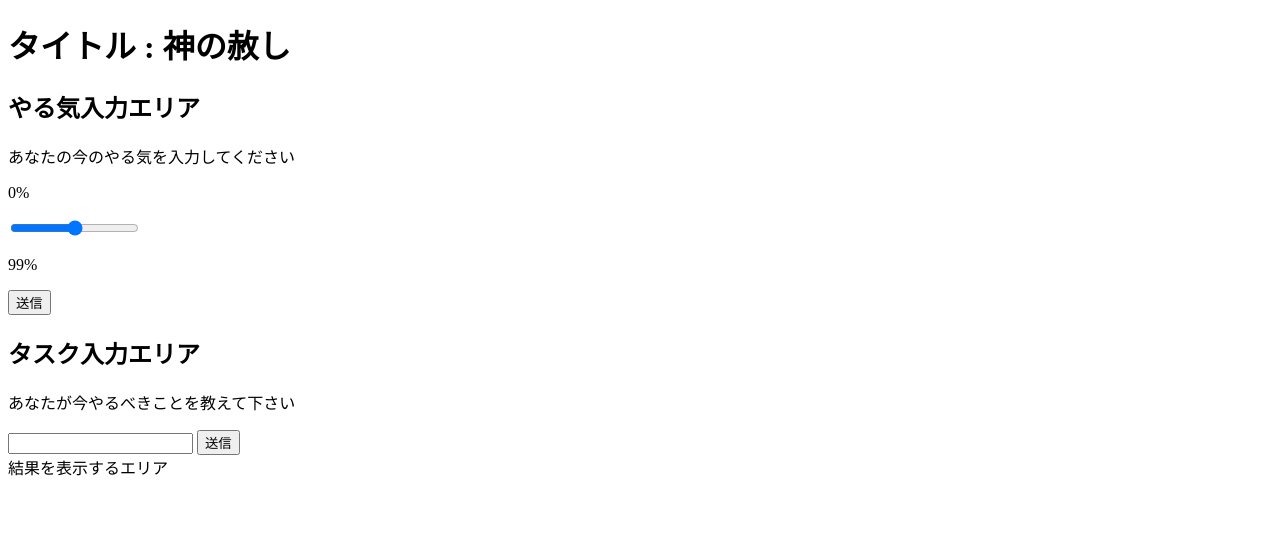
Repository: masa0306/god_forgiveness
Page: index.html
These files come from the project's save history. The page is drawn as it stood at one moment and after a run of saves; the edit follows.
The browser window is 1280 px wide. The pictures show the whole page.

Above is the page before, as saved 2024-05-14 23:14:20.

### index.html
<!DOCTYPE html>
<html lang="en">
<head>
    <meta charset="UTF-8">
    <meta name="viewport" content="width=device-width, initial-scale=1.0">
    <title>Document</title>
</head>
<body>
<!-- タイトルトップ -->
<!-- 神の許しを請うボタンを設置し、それを押すと始まるイメージ -->
    <div><h1>タイトル : 神の赦し</h1></div>
    <!-- やる気を入力するエリア -->
    <div>
        <h2>やる気入力エリア</h2>
        <p>あなたの今のやる気を入力してください</p>
        <p>0%</p>
        <input type="range" name="motivation" min="0" max="99" id="motivationValue">
        <p>99%</p>
        <button id="sendMotivation">送信</button>
    </div>

    <div><h2>タスク入力エリア</h2></div>
        <p>あなたが今やるべきことを教えて下さい</p>
        <input type="text" name="toDo"id="toDo">
        <button id="sendToDo">送信</button>


    <div>結果を表示するエリア</div>
    <script src="https://ajax.googleapis.com/ajax/libs/jquery/3.7.0/jquery.min.js"></script>
    <script src="/js/script.js"></script>

</body>
</html>

### js/script.js
// やる気の取得
function motivation() {
    $('#sendMotivation').on("click",function(){
        motivation=$("#motivationValue").val()
        console.log(motivation);
    })
};


// やるべきことの取得
function toDo() {
    $('#sendToDo').on("click",function(){
        toDo=$("#toDo").val()
        console.log(toDo);
    })
};

// 最初に読み込むドキュメント
$(document).ready(function() {
    motivation();
    toDo();
});

After the next 2 saves:
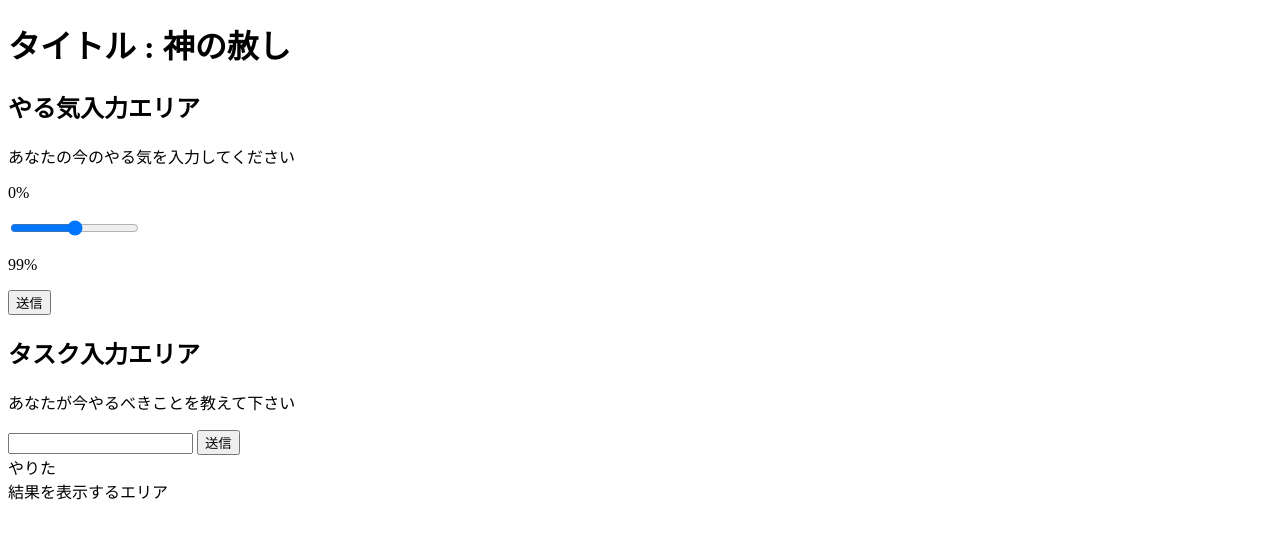
The 2 saves are shown as one change because they came seconds apart.
The last was saved 11 s later.
--- a/index.html
+++ b/index.html
@@ -24,6 +24,7 @@
         <input type="text" name="toDo"id="toDo">
         <button id="sendToDo">送信</button>
 
+    <div>やりた</div>
 
     <div>結果を表示するエリア</div>
     <script src="https://ajax.googleapis.com/ajax/libs/jquery/3.7.0/jquery.min.js"></script>
